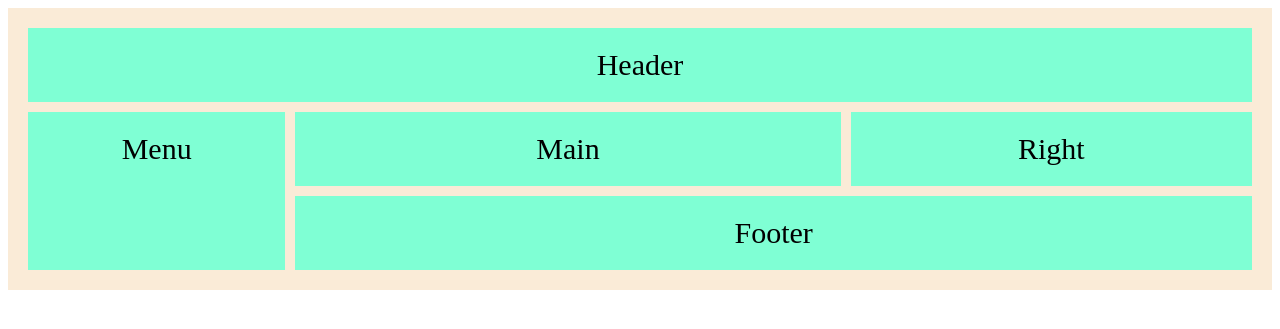
Repository: Thonghehe/Lab1_WEB106
Page: index11.html
An editor plug-in stored every save of this project. The page is shown before and after the next save, followed by the edit.
The browser window is 1280 px wide. The pictures show the whole page.

Above is the page before, as saved 2024-03-05 17:38:52.

After the next save:
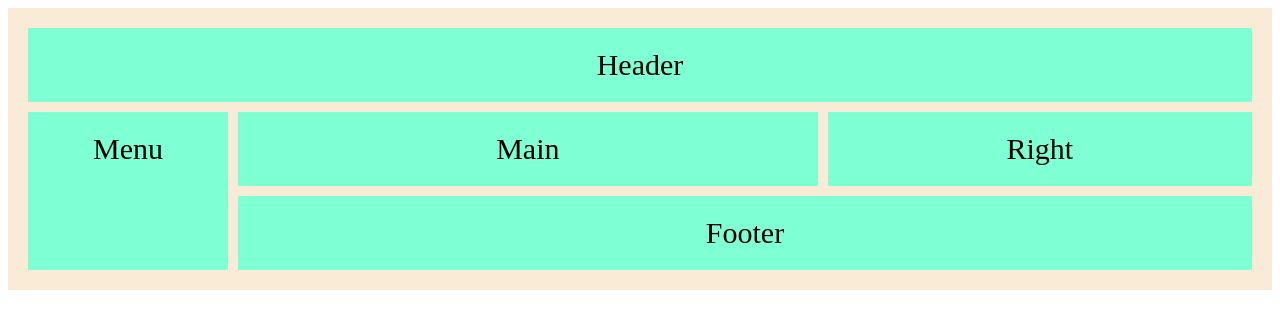
Saved 77 s later.
--- a/style.css
+++ b/style.css
@@ -27,7 +27,7 @@
     gap: 10px;
     padding: 20px;
     background-color: antiquewhite;
-    grid-template-columns: auto;
+    grid-template-columns: 200px;
     grid-template-rows: auto;
     /* justify-content: space-between; */
     /* align-content: space-around; */
